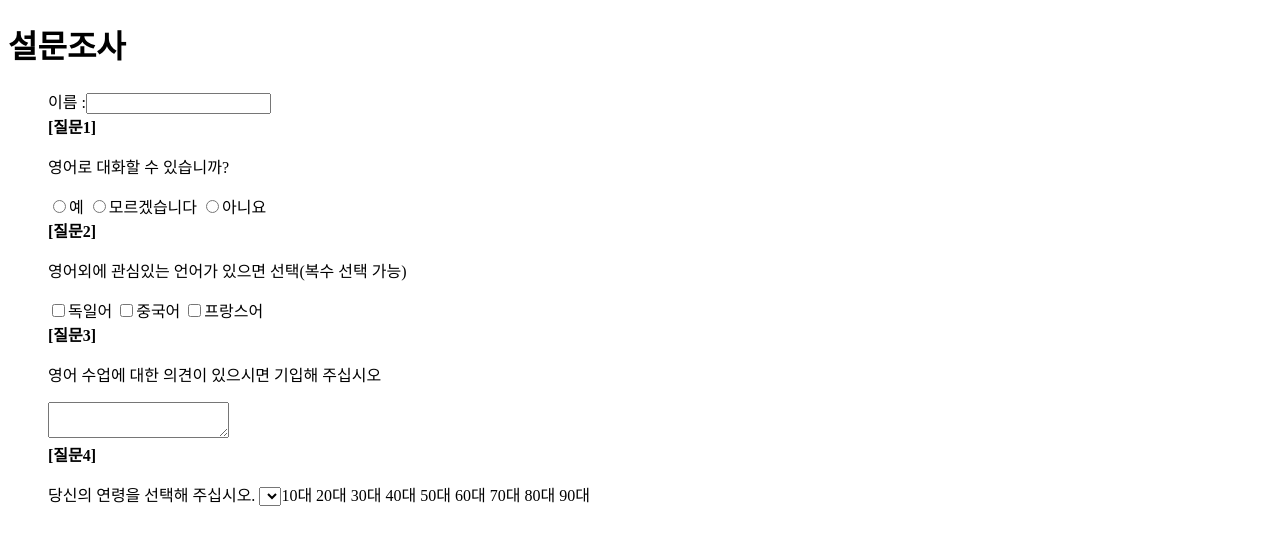
Repository: Jv2020/bitcamp
Page: html/sample05/WebContent/test02.html
An editor plug-in stored every save of this project. The page is shown before and after the next save, followed by the edit.
The browser window is 1280 px wide. The pictures show the whole page.

Above is the page before, as saved 2020-01-03 07:30:25.

After the next save:
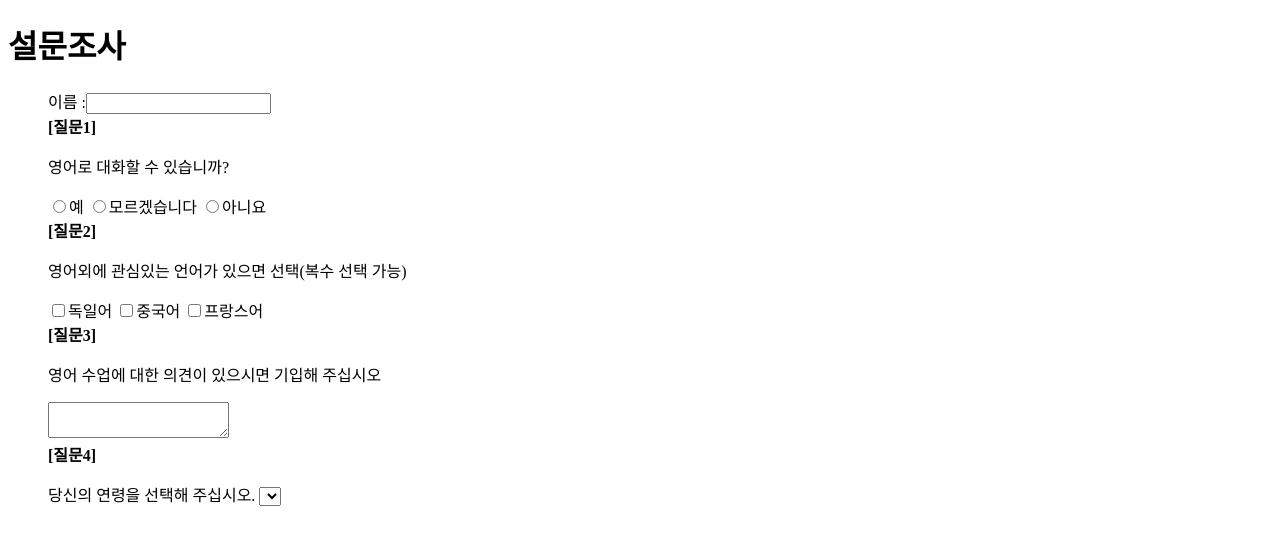
Saved 16 s later.
--- a/html/sample05/WebContent/test02.html
+++ b/html/sample05/WebContent/test02.html
@@ -38,7 +38,7 @@ ul li {list-style:none;}
 		<li>
 			<p>당신의 연령을 선택해 주십시오.
 				<select>
-					<select option="10대">10대
+					<option="10대">10대</option>
 					<option="20대">20대</option>
 					<option="30대">30대</option>
 					<option="40대">40대</option>
